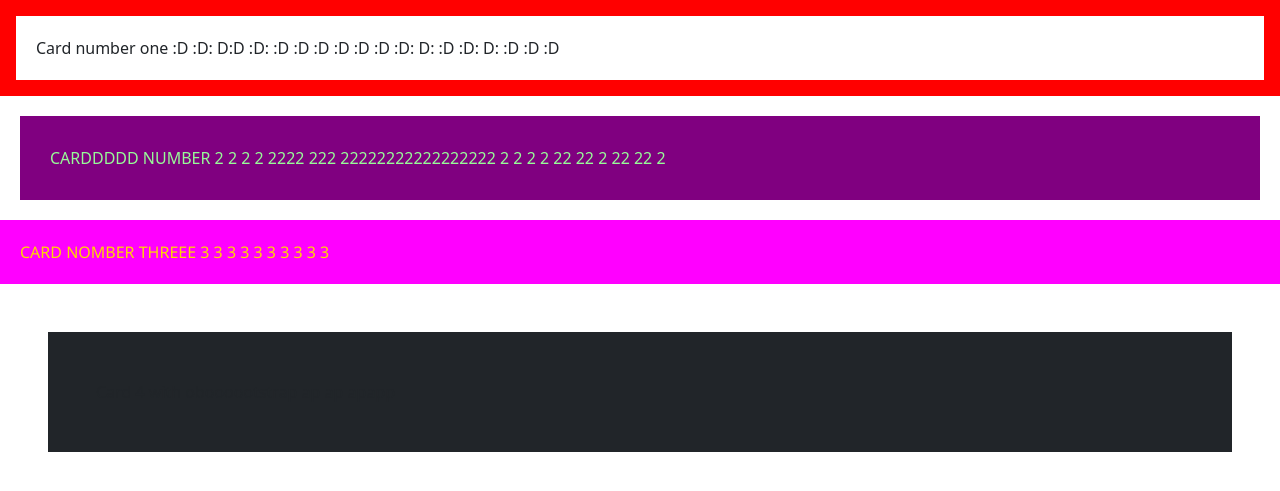
Repository: FbW-E01/spa-react-stylish-cards-gronger
Page: / (app in react-stuff/)
An editor plug-in stored every save of this project. The page is shown before and after the next save, followed by the edit.
The browser window is 1280 px wide. The pictures show the whole page.
The project was rebuilt for these pictures with package versions that can differ from the ones it lists, and the page was loaded fresh each time.

Above is the page before, as saved 2021-07-14 13:58:35.

After the next save:
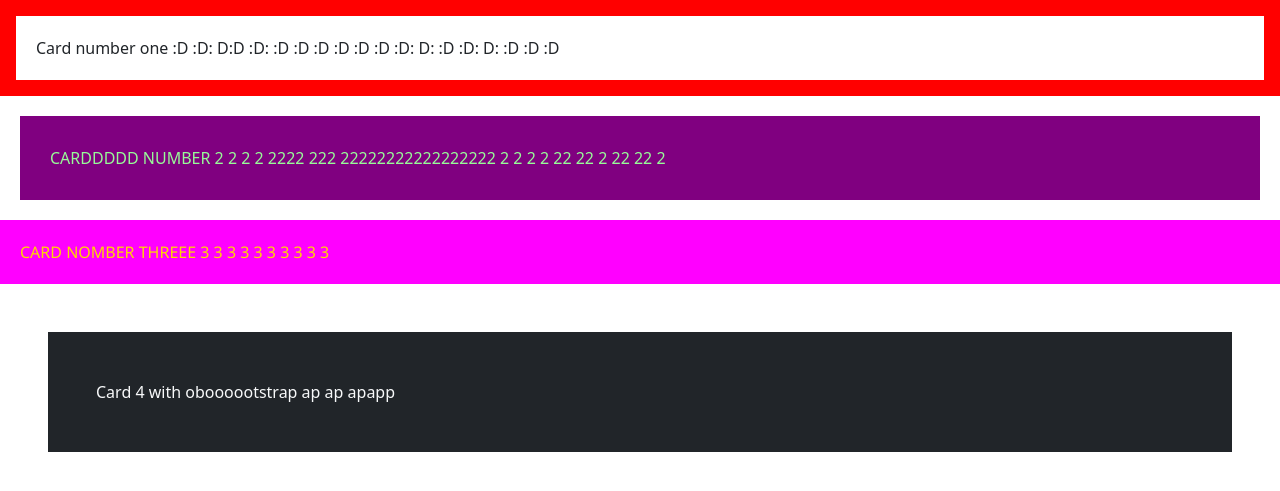
Saved 13 s later.
--- a/react-stuff/src/index.js
+++ b/react-stuff/src/index.js
@@ -30,7 +30,7 @@ function CardThreeScssClass() {
 }
 
 function CardFourBootstrap() {
-  return <div className="p-5 m-5 warning bg-dark">
+  return <div className="p-5 m-5 warning bg-dark text-light">
     Card 4 with oboooootstrap ap ap apapp
   </div>
 }
